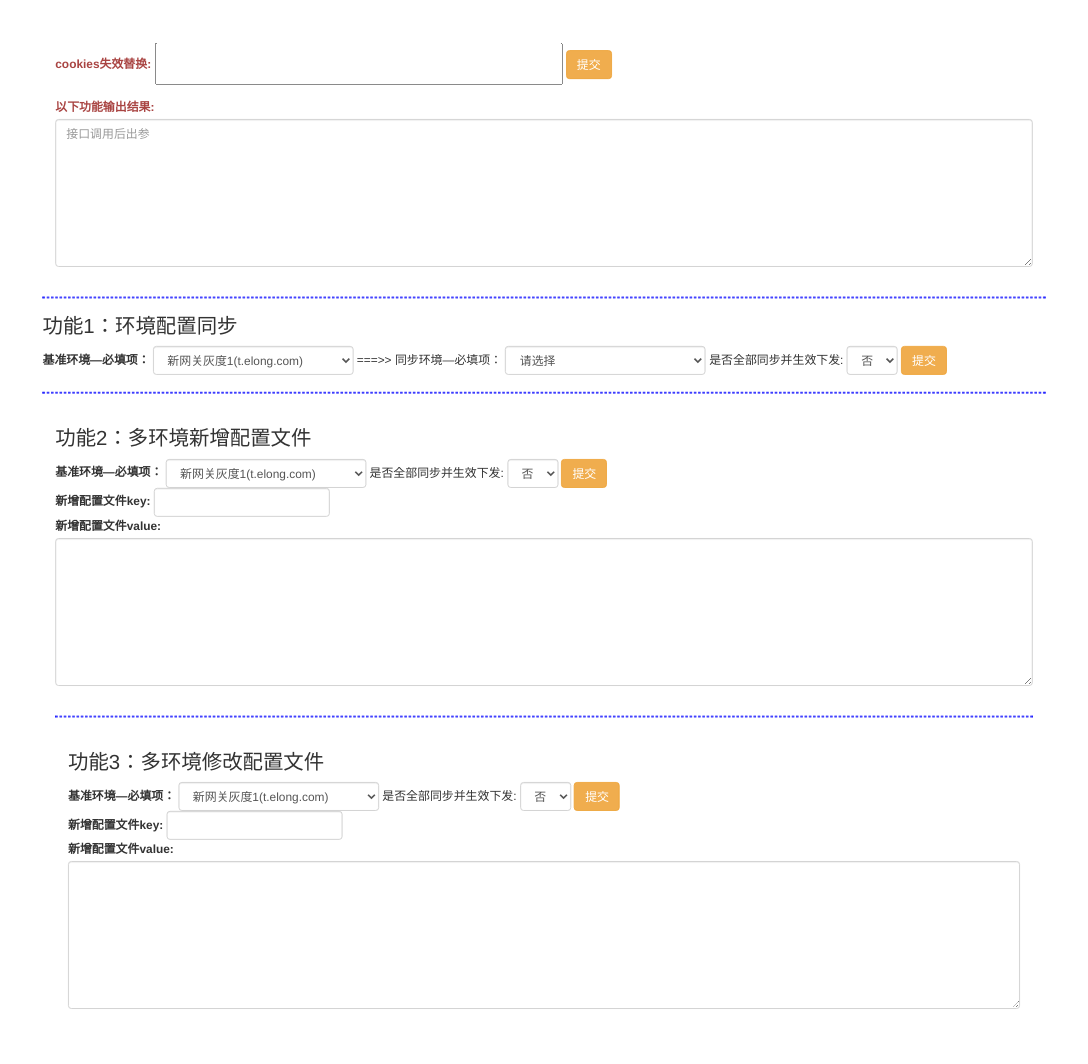
Repository: wangyanqing666/study
Page: test4.html
The author's editor kept a copy of each file at every save. The page is drawn from the files as they stood at one save, then again after the next save.
The browser window is 1280 px wide. The pictures show the whole page, at 85% of full size.
Some web libraries are served in a nearby version.

Above is the page before, as saved 2020-12-02 19:23:37.

### test4.html
<!DOCTYPE html>
<html lang="en">

<head>

    <meta charset="UTF-8">
    <meta name="viewport" content="width=device-width, initial-scale=1.0">
    <title>jean同步配置</title>
    <link rel="stylesheet" href="https://cdn.staticfile.org/twitter-bootstrap/3.3.7/css/bootstrap.min.css">
    <script src="https://cdn.staticfile.org/jquery/2.1.1/jquery.min.js"></script>
    <script src="https://cdn.staticfile.org/twitter-bootstrap/3.3.7/js/bootstrap.min.js"></script>

</head>

<body style="margin:50px">

    <div class="container-fluid text-danger " >

        <div class="form-group">
            <label class="control-label">cookies失效替换:</label>
            <input style="width:480px;height:50px;" type="text" id="key4" name="key4">
            <button type="button" class="btn btn-warning" id="tj4" onclick="recookies()">提交</button>
        </div>
        <form role="form">
            <div class="form-group">
                <label for="name">以下功能输出结果:</label>
                <!-- <textarea class="form-control" rows="3"></textarea> -->
                <textarea id="editor4" class="form-control" rows="8" placeholder="接口调用后出参" name="editor4"></textarea>
            </div>
        </form>
    </div>

    <hr style="border : 1px dashed blue;" />


    <!-- <div class="container-fluid"> -->

        <form class="form-inline">
            <h3>功能1：环境配置同步 </h3>

            <div class="form-group">
                <label for="name">基准环境—必填项：</label>
                <select class="form-control" id="baseenv" name="baseenv">
                    <option value="h1">新网关灰度1(t.elong.com)</option>
                    <option value="h2">新网关灰度2(huidu2.vip.elong)</option>
                    <option value="h3">新网关灰度3(huidu3.vip.elong)</option>
                </select>
                <span>===>></span>
                <span>同步环境—必填项：</span>
                <select class="form-control" id="synenv" name="synenv">
                    <option value="">请选择</option>
                    <option value="h1">新网关灰度1(t.elong.com)</option>
                    <option value="h2">新网关灰度2(huidu2.vip.elong)</option>
                    <option value="h3">新网关灰度3(huidu3.vip.elong)</option>
                </select>
                <span>是否全部同步并生效下发:</span>
                <select class="form-control" id="syn1" name="syn">
                    <option value=0>否</option>
                    <option value=1>是</option>
                </select>
                <button type="button" class="btn btn-warning" id="tj1" onclick="syscondata()">提交</button>
            </div>
        </form>

    </div>


<hr style="border : 1px dashed blue;" />


    <div class="container-fluid">
        <form class="form-inline">
            <h3>功能2：多环境新增配置文件 </h3>
            <div class="form-group">
                <label for="name">基准环境—必填项：</label>
                <select class="form-control" id="baseenv2" name="baseenv2">
                    <option value="h1">新网关灰度1(t.elong.com)</option>
                    <option value="h2">新网关灰度2(huidu2.vip.elong)</option>
                    <option value="h3">新网关灰度3(huidu3.vip.elong)</option>
                </select>
                <span>是否全部同步并生效下发:</span>
                <select class="form-control" id="syn2" name="syn2">
                    <option value=0>否</option>
                    <option value=1>是</option>
                </select>
                <button type="button" class="btn btn-warning" id="tj2" onclick="addcon()">提交</button>
        </form>
        <form class="form-inline">

            <div class="form-group">
                <label>新增配置文件key:</label>
                <input class="form-control" type="text" id="key2" name="key2">
            </div>
        </form>
    </div>

    <div class="container-fluid">
        <form class="form-horizontal" role="form">
            <div class="form-group">
                <label for="name">新增配置文件value:</label>
                <textarea id="editor2" class="form-control" rows="8" name="editor2"></textarea>
            </div>
        </form>
    </div>

<hr style="border : 1px dashed blue;" />

<div class="container-fluid">
    <form class="form-inline">
        <h3>功能3：多环境修改配置文件 </h3>
        <div class="form-group">
            <label for="name">基准环境—必填项：</label>
            <select class="form-control" id="baseenv3" name="baseenv3">
                <option value="h1">新网关灰度1(t.elong.com)</option>
                <option value="h2">新网关灰度2(huidu2.vip.elong)</option>
                <option value="h3">新网关灰度3(huidu3.vip.elong)</option>
            </select>
            <span>是否全部同步并生效下发:</span>
            <select class="form-control" id="syn3" name="syn3">
                <option value=0>否</option>
                <option value=1>是</option>
            </select>
            <button type="button" class="btn btn-warning" id="tj3" onclick="addcon()">提交</button>
    </form>
    <form class="form-inline">

        <div class="form-group">
            <label>新增配置文件key:</label>
            <input class="form-control" type="text" id="key3" name="key3">
        </div>
    </form>
</div>

<div class="container-fluid">
    <form class="form-horizontal" role="form">
        <div class="form-group">
            <label for="name">新增配置文件value:</label>
            <textarea id="editor3" class="form-control" rows="8" name="editor3"></textarea>
        </div>
    </form>
</div>





<script>

    function syscondata() {
        var baseenv = $('#baseenv').val();
        var synenv = $('#synenv').val();
        var syn = $('#syn1').val();

        try {
            if (baseenv.length == 0 || synenv.length == 0) {
                return alert('同步环境必填项，请检查后重试！');

            }
            $('button').attr("disabled", true);

        } catch (error) {
            return alert('服务器异常，稍后再试');

        }



        $.ajax({
            url: '/syscon',
            type: 'POST',
            dataType: 'json',
            contentType: 'application/json;charset=UTF-8',
            data: JSON.stringify({ baseenv: baseenv, synenv: synenv, syn: syn }),
            success: function (respone) {
                $('button').attr("disabled", false);



                if (respone.erron == 0) {
                    alert('成功')
                    var ou = $('#editor4');
                    var istr = '';
                    var li = respone.errmsg
                    for (var i in li) {
                        istr = istr + li[i] + '\n' + '\n';
                    }

                    $('#editor4').val(istr + '以下为同步配置文件：' + '\n' + respone.addconfig);
                    return true


                }
                else if (respone.erron == 4502) {
                    return alert('COOKIES错误请或者COOKIES已经过期');
                }
                else {

                    alert('请求失败，请检查入参或者稍后再试')
                    var ou = $('#editor4');
                    var istr = '';
                    var li = respone.errmsg
                    for (var i in li) {
                        istr = istr + li[i] + '\n' + '\n';
                    }

                    $('#editor4').val(istr);
                    return true


                }
            },
            error: function () {
                alert('服务器超时，请重试！');
                $('button').attr("disabled", false);

            }
        });
    };






    function addcon() {
        var editor2 = $('#editor2').val();
        var env2 = $('#baseenv2').val();
        var syn2 = $('#syn2').val();
        var key2 = $('#key2').val();

        try {
            if (editor2.length == 0 || key2.length == 0) {
                return alert('key和valu必填项，请检查后重试！');

            }
            $('button').attr("disabled", true);

        } catch (error) {
            return alert('服务器异常，稍后再试');

        }



        $.ajax({
            url: '/addcon',
            type: 'POST',
            dataType: 'json',
            contentType: 'application/json;charset=UTF-8',
            data: JSON.stringify({ jsonStr: editor2, key: key2, env: env2, syn: syn2, typeurl: '1' }),
            success: function (respone) {
                $('button').attr("disabled", false);



                if (respone.erron == 0) {
                    alert('成功')
                    var ou = $('#editor4');
                    var istr = '';
                    var li = respone.errmsg
                    for (var i in li) {
                        istr = istr + li[i] + '\n' + '\n';
                    }

                    $('#editor4').val(istr);
                    return true


                }
                else if (respone.erron == 4502) {
                    return alert('COOKIES错误请或者COOKIES已经过期');
                }
                else {

                    alert('请求失败，请检查入参或者稍后再试')
                    var ou = $('#editor4');
                    var istr = '';
                    var li = respone.errmsg
                    for (var i in li) {
                        istr = istr + li[i] + '\n' + '\n';
                    }

                    $('#editor4').val(istr);
                    return true



                }
            },
            error: function () {
                alert('服务器超时，请重试！');
                $('button').attr("disabled", false);

            }
        });
    };

    function recookies() {
        var key4 = $('#key4').val();


        try {
            if (key4.length == 0) {
                return alert('cookies必填项，请检查后重试！');

            }
            $('button').attr("disabled", true);


        } catch (error) {


            return alert('请求失败,请检查入参或者稍后再试');

        };

        $.ajax({
            url: '/recookies',
            type: 'POST',
            dataType: 'json',
            contentType: 'application/json;charset=UTF-8',
            data: JSON.stringify({ jsonStr: key4 }),
            success: function (respone) {
                $('button').attr("disabled", false);


                if (respone.erron == 0) {
                    alert('cookies替换成功');
                    $('#key4').val('');


                } else if (respone.erron == 303) {
                    return alert('COOKIES错误请或者COOKIES已经过期');
                }



                else {


                    return alert('请求失败,请检查入参或者稍后再试');

                }
            },
            error: function () {
                $('button').attr("disabled", false);

                return alert('请求失败,请检查入参或者稍后再试');

            }
        });
    };




    $(function () {

        $('#tj3').click(function () {
            var editor3 = $('#editor3').val();
            var env3 = $('#baseenv3').val();
            var syn3 = $('#syn3').val();
            var key3 = $('#key3').val();

            try {
                if (editor3.length == 0 || key3.length == 0) {
                    return alert('key和valu必填项，请检查后重试！');
                };
                $('button').attr("disabled", true);

            } catch (error) {
                return alert('请求失败,请检查入参或者稍后再试');

            }


            $.ajax({
                url: '/addcon',
                type: 'POST',
                dataType: 'json',
                contentType: 'application/json;charset=UTF-8',
                data: JSON.stringify({ jsonStr: editor3, key: key3, env: env3, syn: syn3, typeurl: '2' }),
                success: function (respone) {

                    $('button').attr("disabled", false);


                    if (respone.erron == 0) {
                        alert('成功')
                        var ou = $('#editor4');
                        var istr = '';
                        var li = respone.errmsg
                        for (var i in li) {
                            istr = istr + li[i] + '\n' + '\n';
                        }

                        $('#editor4').val(istr)

                    } else if (respone.erron == 303) {
                        alert('COOKIES错误请或者COOKIES已经过期');
                        $('#editor4').val(respone.errmsg);
                    }
                    else {
                        alert('请求失败,请检查入参或者稍后再试');
                        var ou = $('#editor4');
                        var istr = '';
                        var li = respone.errmsg
                        for (var i in li) {
                            istr = istr + li[i] + '\n' + '\n';
                        }

                        $('#editor4').val(istr);
                        return true



                    }
                },
                error: function () {
                    alert('服务器超时，请重试！');
                    $('button').attr("disabled", false);

                }
            });

        });

    });


</script>


</body>

</html>

After the next save:
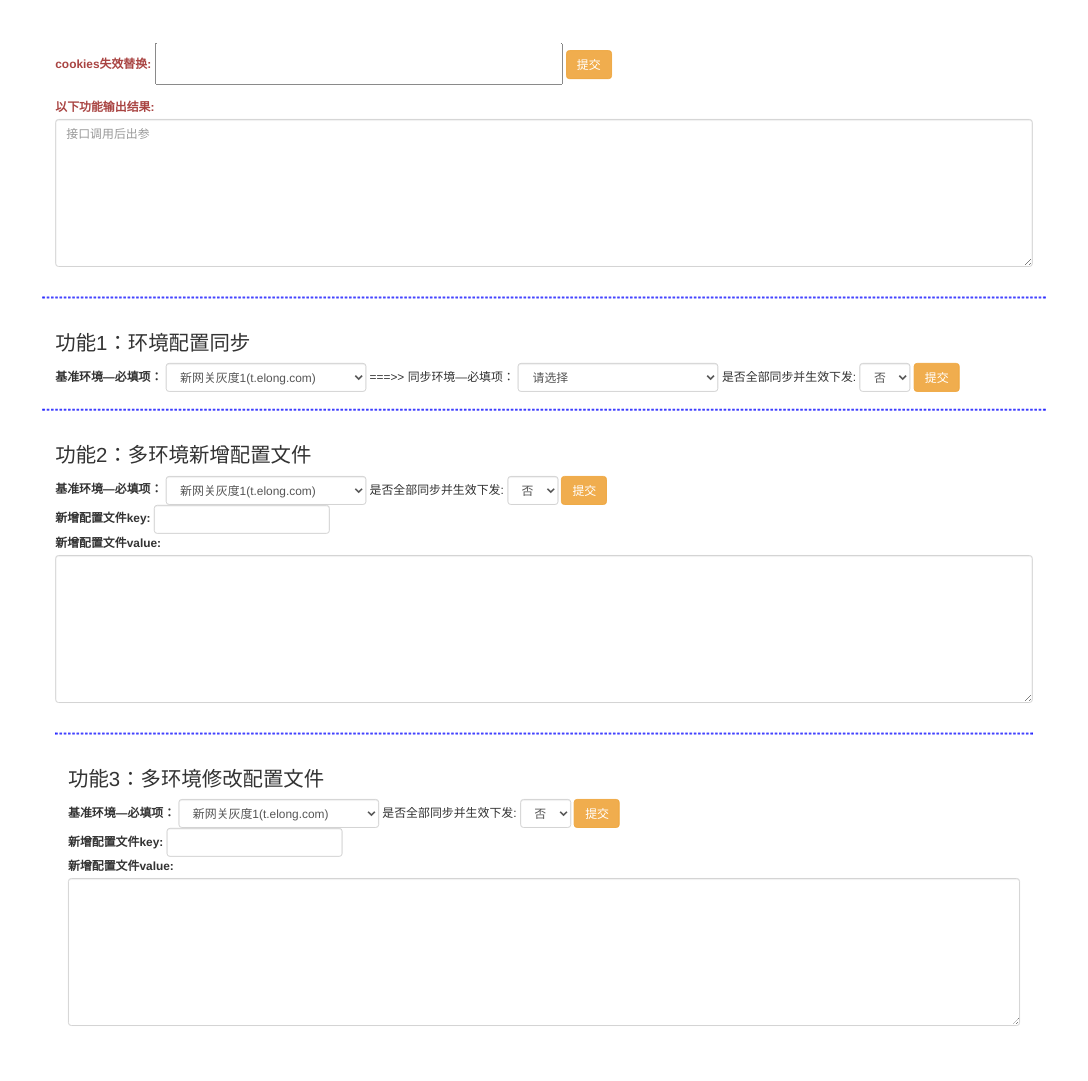
Saved 3 min 38 s later.
--- a/test4.html
+++ b/test4.html
@@ -34,6 +34,7 @@
 
 
     <!-- <div class="container-fluid"> -->
+    <div class="container-fluid">
 
         <form class="form-inline">
             <h3>功能1：环境配置同步 </h3>
@@ -63,6 +64,8 @@
         </form>
 
     </div>
+        </div>
+
 
 
 <hr style="border : 1px dashed blue;" />
